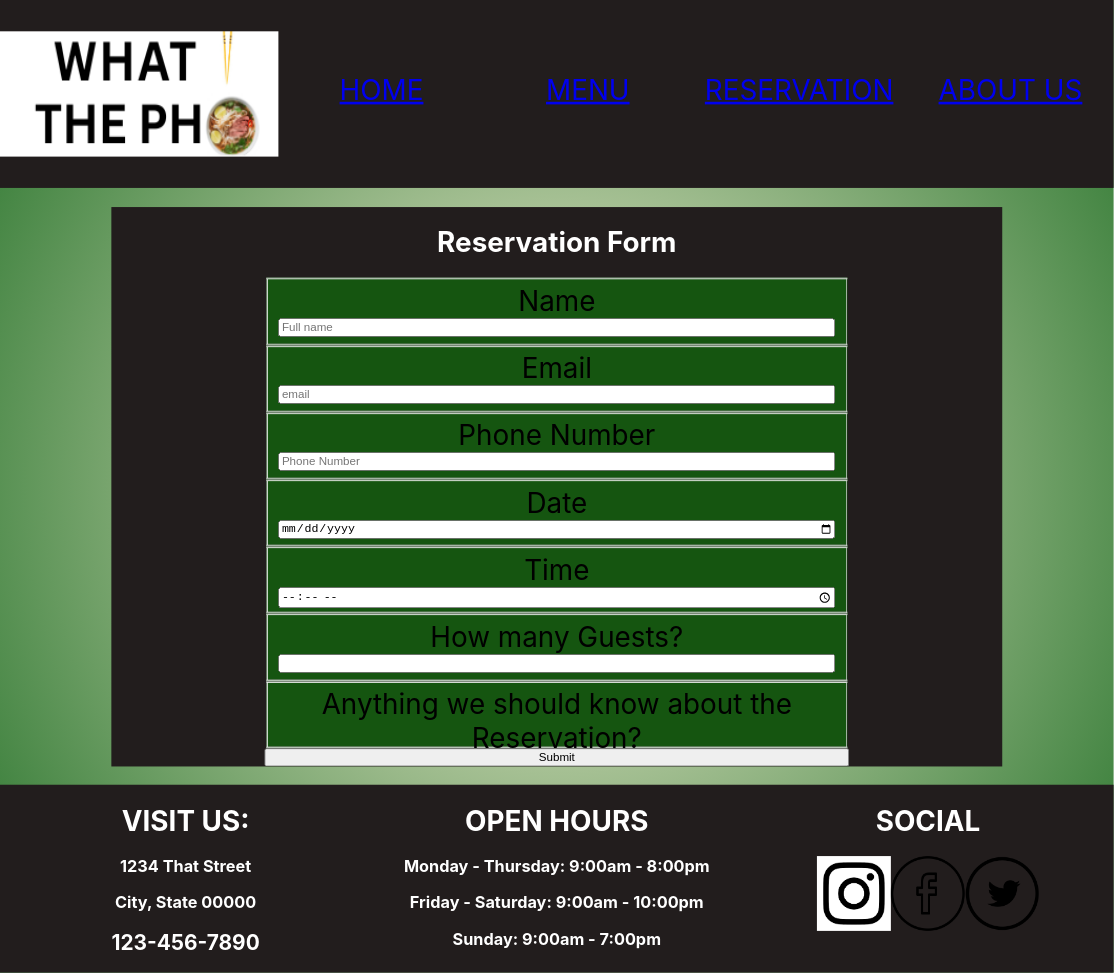
Repository: NguyenkhDang/Restaurant-Website
Page: /reservation
The author's editor kept a copy of each file at every save. The page is drawn from the files as they stood at one save, then again after the next save.
The browser window is 1280 px wide. The pictures show the whole page, at 87% of full size.
The project was rebuilt for these pictures with package versions that can differ from the ones it lists, and the page was loaded fresh each time. Also part of the build but not shown: src/CSS/Readmore.css, src/Readmore.js, src/CSS/SectionContainer.css, src/SectionContainer.js, src/CSS/Home.css, src/Pages/HomePage.js, src/Pages/MenuPage.js, src/Pages/AboutUsPage.js and 1 more.

Above is the page before, as saved 2026-01-18 17:00:06.

### src/index.js
import React from 'react';
import ReactDOM from 'react-dom/client';
import './index.css';
import App from './App';
import reportWebVitals from './reportWebVitals';
import { BrowserRouter } from "react-router-dom";


const root = ReactDOM.createRoot(document.getElementById("root"));
root.render(
  <BrowserRouter>
    <App />
  </BrowserRouter>
);

// If you want to start measuring performance in your app, pass a function
// to log results (for example: reportWebVitals(console.log))
// or send to an analytics endpoint. Learn more: https://bit.ly/CRA-vitals
reportWebVitals();

### src/App.js

import './App.css';

import NavigationBar from './NavigationBar';
import Footer from "./Footer"
import {Routes, Route} from "react-router-dom"



import HomePage from "./Pages/HomePage"
import MenuPage from "./Pages/MenuPage"
import ReservationPage from "./Pages/ReservationPage"
import AboutUsPage from "./Pages/AboutUsPage"
import ContactUsPage from "./Pages/ContactUsPage"

function App() {


  return (
    <div className="home">
      <NavigationBar />

      <Routes>
        <Route path="/" element={<HomePage />} />
        <Route path="/menu" element={<MenuPage />} />
        <Route path="/reservation" element={<ReservationPage />} />
        <Route path="/aboutUs" element={<AboutUsPage />} />
        <Route path="contactUs" element={<ContactUsPage />} />
      </Routes>

      <Footer />
  </div>
);
}

export default App;

### src/App.css
html{
  -ms-overflow-style: none;
  scrollbar-width: none;
}

.home {
  display: grid;
  margin: 0;
  padding: 0;

  background: radial-gradient(
    circle,
    rgba(245, 240, 213, 1) 0%,
    rgba(38, 115, 42, 1) 100%
  );
  place-items: center;
  text-align: center;
  color: white;
}


html::-webkit-scrollbar {
  display: none;
}

### src/NavigationBar.js
import "./CSS/NavigationBar.css"
import Logo from "./image/CustomLogo2.png"
import { Link } from "react-router-dom"
const NavigationBar = () =>{



  return (
    <div className="navbar">
      <div className="logoImage">
        <img src= {Logo} />
      </div>
      <div className="wholeNavBar">
        <ul>
          <li>
            <Link to="/">HOME</Link>
          </li>
          <li>
            <Link to="/menu">MENU</Link>
          </li>
          <li>
            <Link to="/reservation">RESERVATION</Link>
          </li>
          <li>
            <Link to="/aboutUs">ABOUT US</Link>
          </li>
        </ul>

      </div>
    </div>
  )


}

export default NavigationBar

### src/Footer.js
import "./CSS/Footer.css"
import InstagramIcon from "./image/instagramIcon.png"
import FacebookIcon from "./image/facebookIcon.png"
import TwitterIcon from "./image/twitterIcon.png"
const Footer = () =>{

  return(
    <div className="footer">
      <div>
        <h1>VISIT US:</h1>
        <h3>1234 That Street</h3>
        <h3>City, State 00000</h3>

        <h2>123-456-7890</h2>
      </div>
      <div>
        <h1>OPEN HOURS</h1>
        <h3>Monday - Thursday: 9:00am - 8:00pm</h3>
        <h3>Friday - Saturday: 9:00am - 10:00pm</h3>
        <h3>Sunday: 9:00am - 7:00pm</h3>
      </div>
      <div>
        <h1>SOCIAL</h1>
        <a href="https://www.instagram.com/" target="_blank"><img src={InstagramIcon}/></a>
        <a href="https://www.facebook.com/" target="_blank"><img src={FacebookIcon}/></a>
        <a href="https://x.com/" target="_blank"><img src={TwitterIcon}/></a>
      </div>

    </div>
  )

}

export default Footer

### src/Pages/ReservationPage.js
import ReservationForm from "../ReservationForm"


const ReservationPage = () =>{
  return(
    <>
      <ReservationForm />
    </>
  )
}

export default ReservationPage

### src/CSS/NavigationBar.css
.navbar{
  background-color: rgb(34, 29, 29);
  display: grid;
  grid-template-columns: 25% 75%;
  width: 100vw;
  height: 25vh;
  padding-top: 5vh;
}
.wholeMavBar{
  float: right;
  height: 10vh;
}

.logoImage img{
  height: 20vh;
  width: 25vw;
  object-fit: fill;
  object-position: center;
}

ul{
  align-items: center;
  list-style-type: none;
  display: grid;
  place-items: center;
  grid-template-columns: 1fr 1fr 1fr 1fr;
  margin-top: 5%;
  padding: 0;
}
li a{
  font-size: 2em;
  text-align: center;
  padding: 14px 16px;
}

li a:hover{
  background-color: #c5b1b1;
}

### src/CSS/Footer.css
.footer{
  background-color: rgb(34, 29, 29);
  display: grid;
  grid-template-columns: repeat(3, 1fr);
  width: 100vw;
}

.footer img{
  width: 20%;
}

### src/ReservationForm.js
import { useRef, useState } from "react"
import "./CSS/ReservationForm.css"
const ReservationForm = () =>{

  const [phoneNumberLength, setPhoneNumberLength] = useState("")

  const formRef= useRef(null)


  const PhoneNumber = (e) =>{

    let value = e.target.value;
    value = value.replace(/\D/g, "");
    if (value.length > 3 && value.length <=6){
      value = `(${value.slice(0, 3)}) ${value.slice(3)}`;
    } else if (value.length > 6) {
    value = `(${value.slice(0, 3)}) ${value.slice(3, 6)}-${value.slice(6, 10)}`;
    }
    setPhoneNumberLength(value)
  }


  const handleSubmit = (e)=>{

    e.preventDefault();
    const url = "https://script.google.com/macros/s/AKfycbx0FabLb-KOBm8n_JP2SJcp21AE1aox7vxr3D2p_FfrtZs8dIHl3N9UMOriMfEaySY/exec"

    fetch(url,{
      method:"POST",
      body: new FormData(formRef.current)
    } ).then(() => {
      alert("Reservation Submitted ");
    }).catch((error) => console.log(error))
  };

  return (
    <div className = "reservationForm">
      <h1>Reservation Form</h1>
      <form className="form" ref = {formRef} onSubmit={handleSubmit}>
        <fieldset>
          <label for="name">Name</label>
          <input
            type="text"
            name="Name"
            id="name"
            placeholder="Full name"
            required
          />
        </fieldset>
        <fieldset>
          <label for="email">Email</label>
          <input
            type="email"
            name="Email"
            id="email"
            placeholder="email"
            required
          />
        </fieldset>
        <fieldset>
          <label for="phone">Phone Number</label>
          <input
            type="text"
            name="Phone"
            id="phone"
            value={phoneNumberLength}
            onChange={PhoneNumber}
            placeholder="Phone Number"
          />
        </fieldset>
        <fieldset>
          <label for="date">Date</label>
          <input
            type="date"
            name="Date"
            id="date"
            required
          />
        </fieldset>

        <fieldset>
          <label for="time">Time</label>
          <input
            type="time"
            name="Time"
            id="date"
            required
          />
        </fieldset>

        <fieldset>
          <label for="guests">How many Guests?</label>
          <input
            type="number"
            name="Guests"
            id="guests"
            required
          />
        </fieldset>
        <fieldset>
          <label for="comment">Anything we should know about the Reservation?</label>
          <textarea
            name="Comment"
            style={{
              width: "auto",
            }}
          />
        </fieldset>
      <button style={{alignItems: "center"}}>Submit</button>
    </form>
    </div>
  )
}

export default ReservationForm

### src/CSS/ReservationForm.css
.reservationForm{
  width: 80vw;
  place-items: center;
  background-color: rgb(34, 29, 29);
  margin: 3vh 0;
  height: auto;
}


.form{
  display: grid;
  grid-template-rows: repeat(7, auto);
  color: black;
}

.form fieldset{
  display: grid;
  grid-template-rows: repeat(2,1fr);
  background-color: rgb(21, 85, 16);
  width: 50vw;
  height: 8vh;
}

.form fieldset label{
  font-size: 2em;
}
.submitBtn{
  width: 20vw;
  height: 20vh;
}

Loaded but not shown: public/index.html (common file); src/index.css (common file); src/reportWebVitals.js (common file)

After the next save:
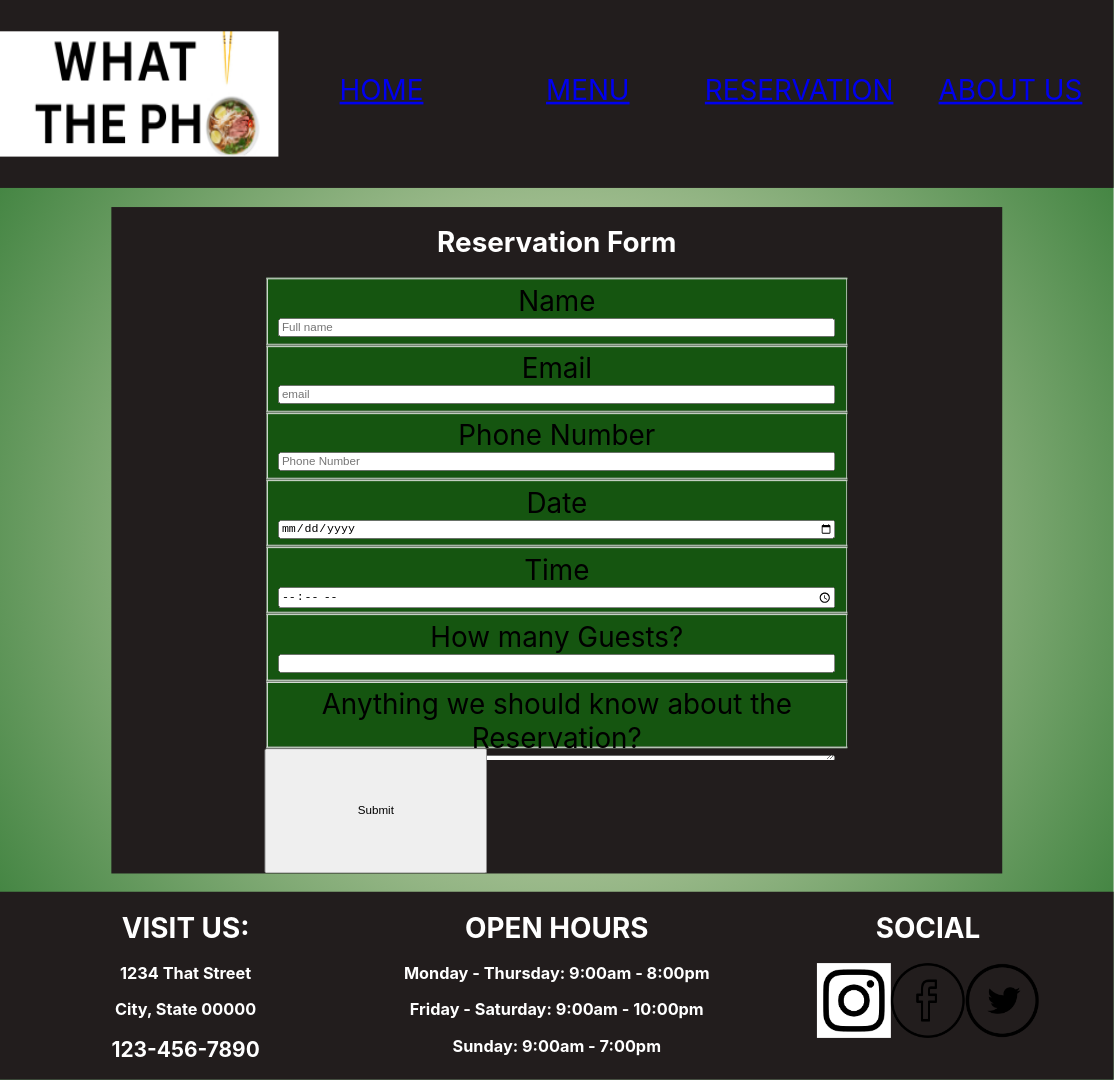
Saved 9 s later.
--- a/src/ReservationForm.js
+++ b/src/ReservationForm.js
@@ -106,7 +106,7 @@ const ReservationForm = () =>{
             }}
           />
         </fieldset>
-      <button style={{alignItems: "center"}}>Submit</button>
+      <button className="submitBtn">Submit</button>
     </form>
     </div>
   )

After the save that followed:
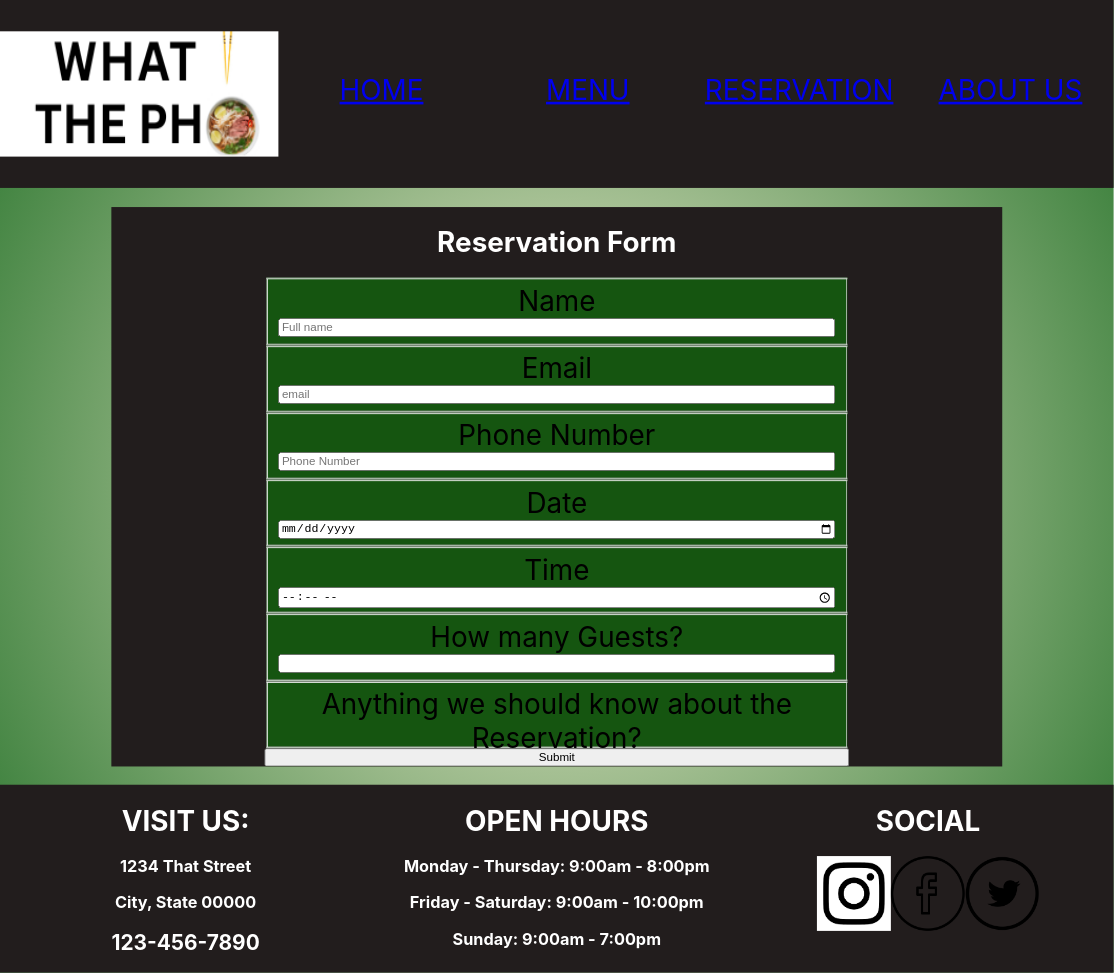
Saved 5 s later.
--- a/src/CSS/ReservationForm.css
+++ b/src/CSS/ReservationForm.css
@@ -25,6 +25,5 @@
   font-size: 2em;
 }
 .submitBtn{
-  width: 20vw;
-  height: 20vh;
+
 }
